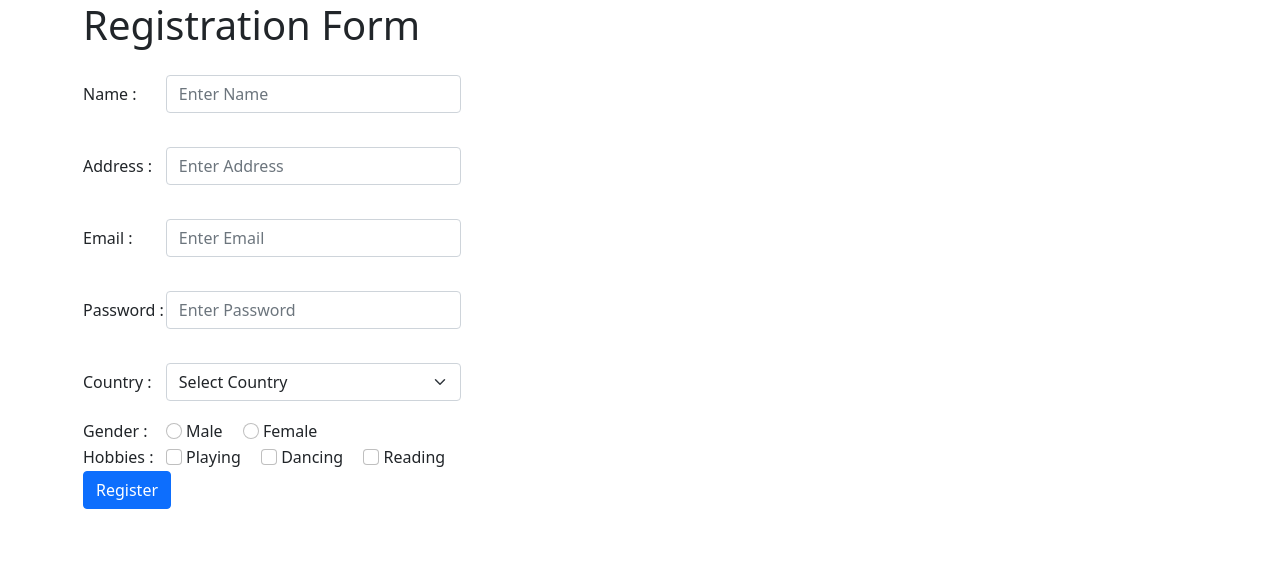
Repository: testuser85495/Java-Practical
Page: http://localhost/First_demo/
The author's editor kept a copy of each file at every save. The page is drawn from the files as they stood at one save, then again after the next save.
The browser window is 1280 px wide. The pictures show the whole page.
The page is served by Tomcat 9. Other server files are loaded and not shown.

Above is the page before, as saved 2024-07-23 13:45:37.

### First_demo/src/main/webapp/index.jsp
<%@ page language="java" contentType="text/html; charset=UTF-8"
	pageEncoding="UTF-8"%>
<!DOCTYPE html>
<html>
<head>
<!-- Required meta tags -->
<meta charset="utf-8">
<meta name="viewport" content="width=device-width, initial-scale=1">

<!-- Bootstrap CSS -->
<link
	href="https://cdn.jsdelivr.net/npm/bootstrap@5.0.2/dist/css/bootstrap.min.css"
	rel="stylesheet"
	integrity="sha384-EVSTQN3/azprG1Anm3QDgpJLIm9Nao0Yz1ztcQTwFspd3yD65VohhpuuCOmLASjC"
	crossorigin="anonymous">

<title>Edit</title>
</head>


<body>
	<div class="container">
		<%-- <h3 class="scriptlet">
			<%
			String msg = (String) request.getAttribute("msg");
			if (msg != null) {
				out.print(msg);
			}
			%>
		</h3> --%>

		<form action="UserController" method="post">
			<table cellspacing="15" class="tbl_reg">
				<tr>
					<td colspan="2">
						<h1>Registration Form</h1>
					</td>
				</tr>
				<tr>
					<td><label>Name : </label></td>
					<td><input type="text" name="name" placeholder="Enter Name"
						class="form-control my-3" required="required"></td>
				</tr>

				<tr>
					<td><label>Address : </label></td>
					<td><input type="text" name="address"
						placeholder="Enter Address" required="required"
						class="form-control my-3"></td>
				</tr>


				<tr>
					<td><label>Email : </label></td>
					<td><input type="email" name="email" placeholder="Enter Email"
						required="required" class="form-control my-3"></td>
				</tr>
				<tr>
					<td><label>Password : </label></td>
					<td><input type="password" name="password"
						placeholder="Enter Password" required="required"
						class="form-control my-3"></td>
				</tr>

				<tr>
					<td><label>Country : </label></td>
					<td><select name="country" id="Country"
						class="form-select my-3">
							<option selected>Select Country</option>
							<option value="India">India</option>
							<option value="USA">USA</option>
							<option value="Canada">Canada</option>
							<option value="UK">UK</option>
					</select></td>
				</tr>

				<tr>
					<td><label>Gender : </label></td>
					<td><label class="form-check-inline"> <input
							type="radio" name="gender" value="male" class="form-check-input">
							Male
					</label> <label class="form-check-inline"> <input type="radio"
							name="gender" value="female" class="form-check-input">
							Female
					</label></td>
				</tr>


				<tr>
					<td><label>Hobbies : </label></td>
					<td><label class="form-check-inline"> <input
							type="checkbox" name="hobbie" value="playing"
							class="form-check-input"> Playing
					</label> <label class="form-check-inline"> <input type="checkbox"
							name="hobbie" value="Dancing" class="form-check-input">
							Dancing
					</label> <label class="form-check-inline"> <input type="checkbox"
							name="hobbie" value="Reading" class="form-check-input">
							Reading
					</label></td>
				</tr>
				<tr>
					<td colspan="2"><input type="Submit" name="action"
						value="Register" class="btn btn-primary reg_submit"
						id="reg_submit" /></td>
				</tr>
			</table>
			<!-- <h4><a href="home.jsp">List</a></h4> -->
		</form>
	</div>
</body>
</html>

After the next save:
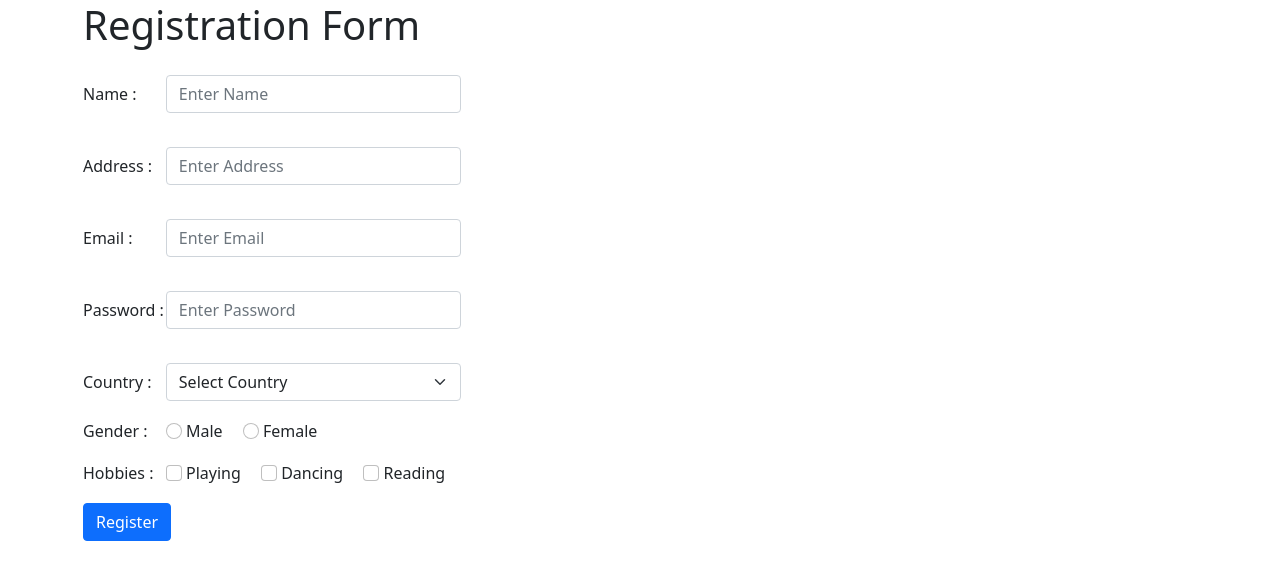
Saved 9 s later.
--- a/First_demo/src/main/webapp/index.jsp
+++ b/First_demo/src/main/webapp/index.jsp
@@ -88,7 +88,7 @@
 
 				<tr>
 					<td><label>Hobbies : </label></td>
-					<td><label class="form-check-inline"> <input
+					<td><label class="form-check-inline my-3"> <input
 							type="checkbox" name="hobbie" value="playing"
 							class="form-check-input"> Playing
 					</label> <label class="form-check-inline"> <input type="checkbox"
